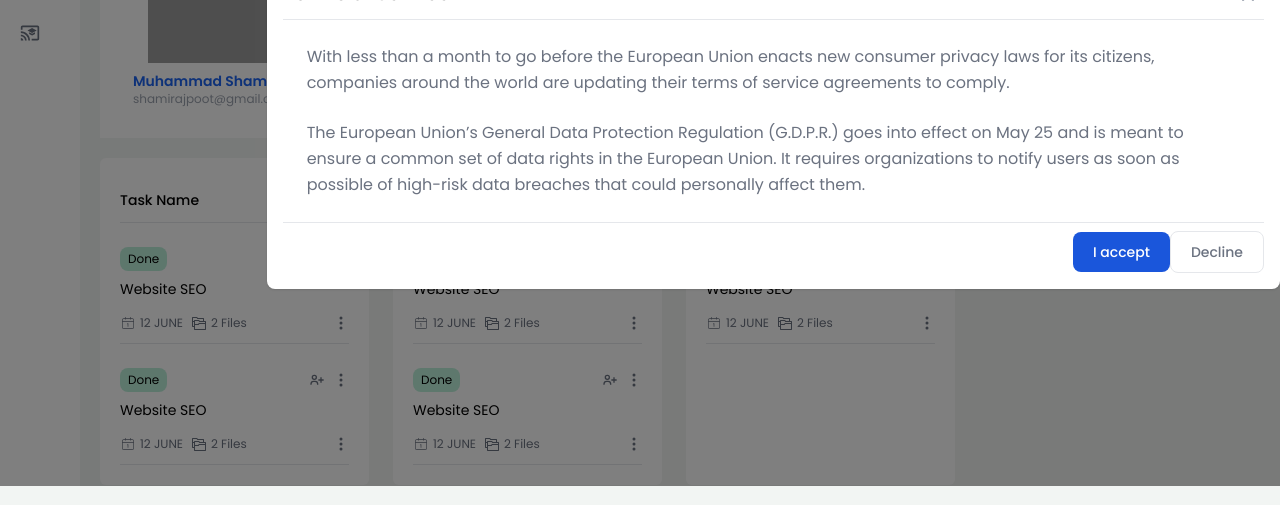
Repository: Shamraiz761/Frontend-Assessment
Page: /, after clicking the first element matching `button.bg-white`
These files come from the project's save history. The page is drawn as it stood at one moment and after the next save; the edit follows.
The browser window is 1280 px wide. The pictures show the part of the page from y = 234 to 739 px (the page is 739 px tall).
Pictures or frames that could not be fetched are drawn as grey boxes. The project was rebuilt for these pictures with package versions that can differ from the ones it lists, and the page was loaded fresh each time. Also part of the build but not shown: vite.config.js. Imported but missing from the stored project, and not drawn on this page: src/pages/auth/login.

Above is the page before, as saved 2023-06-09 12:53:28.

### src/main.jsx
import ReactDOM from 'react-dom/client'

import React from 'react'

import App from './App.jsx'
import './index.css'

ReactDOM.createRoot(document.getElementById('root')).render(
  <React.StrictMode>
    <App />
  </React.StrictMode>,
)

### src/App.jsx
import React from 'react'
import { DndProvider } from 'react-dnd'
import { HTML5Backend } from 'react-dnd-html5-backend'
import 'flowbite'

import AppRoutes from './routes'

export default function App() {
  return (
    <DndProvider backend={HTML5Backend}>
      <AppRoutes />
    </DndProvider>
  )
}

### src/index.css
@import url("https://fonts.googleapis.com/css2?family=Poppins:wght@400;500;600;700;800;900&display=swap");

@tailwind base;
@tailwind components;
@tailwind utilities;

* {
  margin: 0;
  padding: 0;
}

body {
  margin: 0;
  font-family: "Poppins", -apple-system, BlinkMacSystemFont, "Segoe UI",
    "Roboto", "Oxygen", "Ubuntu", "Cantarell", "Fira Sans", "Droid Sans",
    "Helvetica Neue", sans-serif;
  -webkit-font-smoothing: antialiased;
  -moz-osx-font-smoothing: grayscale;
  width: 100vw;
  overflow-x: hidden;
  background-color: #f2f5f3;
  /* background: linear-gradient(180deg, #faefe8 0%, #edc7ac 100%); */
}

code {
  font-family: source-code-pro, Menlo, Monaco, Consolas, "Courier New",
    monospace;
}

.pointer-cursor {
  cursor: pointer;
}

.cusBorder {
  border: 1px solid #000;
  border-radius: 5px;
}

img {
  cursor: pointer;
}
.errors {
  color: #dc3545;
  padding: 0;
  margin: 0;
  font-size: 12px;
}
.loader {
  position: fixed;
  top: 0;
  bottom: 0;
  left: 0;
  right: 0;
  background-color: rgba(47, 151, 161, 0.32);

  display: flex;
  justify-content: center;
  align-items: center;
}

.link {
  color: #000;
  cursor: pointer;
  text-decoration: none;
}
.link:hover {
  color: #000;
}

.trans-btn {
  background-color: transparent;
  border: none;
}
.profile-logout-btn {
  border: 0;
}
.profile-logout-btn:hover {
  border: 0;
}
.profile-btn {
  border-radius: 0;
  border: 0;
}
.logout-btn {
  border-radius: 0;
  border: 0;
}
.logout-btn:hover {
  background-color: rgba(220, 53, 69, 0.5);
  border: 0;
  color: #fff;
}
.breadcrumbs ul {
  list-style: none;
  display: inline-block;
}

.breadcrumbs ul li {
  display: inline;
}

.breadcrumbs ul li .bc-link {
  /* display: block; */
  width: max-content;
  background-color: #f8f9fa;
  padding: 6px 15px 6px 25px;
  text-align: center;
  position: relative;
  margin: 0 10px 0 0;
  font-size: 15px;
  text-decoration: none;
  color: #000;
}
.breadcrumbs ul li .bc-link::after {
  content: "";
  border-top: 17px solid transparent;
  border-bottom: 17px solid transparent;
  border-left: 17px solid #f8f9fa;
  position: absolute;
  top: 0;
  right: -17px;
  z-index: 1;
}
.breadcrumbs ul li .bc-link::before {
  content: "";
  border-top: 17px solid transparent;
  border-bottom: 17px solid transparent;
  border-left: 17px solid #71cdd5;
  position: absolute;
  top: 0;
  left: 0;
}
.breadcrumbs ul li:first-child .bc-link {
  border-top-left-radius: 5px;
  border-bottom-left-radius: 5px;
}
.breadcrumbs ul li:first-child .bc-link::before {
  display: none;
}

.breadcrumbs ul li:last-child .bc-link {
  padding-right: 20px;
  border-top-right-radius: 5px;
  border-bottom-right-radius: 5px;
}
.breadcrumbs ul li:last-child .bc-link::after {
  display: none;
}

@media screen and (max-width: 500px) {
  .breadcrumbs ul li .bc-link {
    /* display: block; */
    padding: 2px 2px 2px 13px;
    /* margin: 0 10px 0 0; */
    font-size: 14px;
  }

  .breadcrumbs ul li .bc-link::after {
    content: "";
    border-top: 11.6px solid transparent;
    border-bottom: 11.6px solid transparent;
    border-left: 11.6px solid #f8f9fa;
    position: absolute;
    top: 0;
    right: -11.6px;
    z-index: 1;
  }
  .breadcrumbs ul li .bc-link::before {
    content: "";
    border-top: 11.6px solid transparent;
    border-bottom: 11.6px solid transparent;
    border-left: 11.6px solid #71cdd5;
    position: absolute;
    top: 0;
    left: 0;
  }
  .breadcrumbs ul li:last-child .bc-link {
    padding-right: 5px;
  }
}

@media screen and (max-width: 350px) {
  .breadcrumbs ul li .bc-link {
    /* display: block; */
    padding: 2px 2px 2px 12px;
    /* margin: 0 10px 0 0; */
    font-size: 10px;
  }

  .breadcrumbs ul li .bc-link::after {
    content: "";
    border-top: 9px solid transparent;
    border-bottom: 9px solid transparent;
    border-left: 9px solid #f8f9fa;
    position: absolute;
    top: 0;
    right: -9px;
    z-index: 1;
  }
  .breadcrumbs ul li .bc-link::before {
    content: "";
    border-top: 9px solid transparent;
    border-bottom: 9px solid transparent;
    border-left: 9px solid #edc7ac;
    position: absolute;
    top: 0;
    left: 0;
  }
  .breadcrumbs ul li:last-child .bc-link {
    padding-right: 5px;
  }
}

/* ********************************************** */

### src/routes/index.jsx
import {
  createBrowserRouter,
  createRoutesFromElements,
  RouterProvider,
  Route,
} from "react-router-dom";

import * as React from "react";

import Layout from "./layout";
import Root from "./root";

import Home from "../pages/dashboard";
import Login from "../pages/auth/login";
import Header from "../components/header/index";

export default function AppRoutes() {
  const router = createBrowserRouter(
    createRoutesFromElements(
      <Route path="/" element={<Root />}>
        <Route path="/login" element={<Login />} />

        <Route element={<Layout />}>
          <Route path="/" element={<Home />} />
        </Route>
      </Route>
    )
  );

  return <RouterProvider router={router} />;
}

### src/routes/layout.jsx
import { Link, Outlet, useNavigate } from "react-router-dom";
import { Gi3DGlasses } from "react-icons/gi";
import { CgProfile } from "react-icons/cg";
import { BsArrowLeft, BsFillChatSquareTextFill } from "react-icons/bs";
import { MdOutlineDashboard, MdOutlineCastForEducation } from "react-icons/md";

import React, { useState } from "react";
import Header from "../components/header/index";

export default function Layout() {
  const [open, setOpen] = useState(false);
  const [type, setType] = useState(false);
  const navigate = useNavigate();
  return (
    <div>
      {/* {loading && <LoadingSpinner asOverlay />} */}
      <div
        className={` h-screen bg-white  p-3 ${
          open ? "w-56" : "w-20"
        } fixed top-0 sidebar z-50`}
      >
        {/* Logo */}

        <div className="flex flex-row justify-center">
          <svg
            width="67"
            height="67"
            viewBox="0 0 67 67"
            fill="none"
            xmlns="http://www.w3.org/2000/svg"
            className={` text-4xl block float-left cursor-pointer rounded duration-500 ${
              !open && "rotate-[360deg]"
            }`}
            onClick={() => {
              setOpen(!open);
              setType(false);
            }}
          >
            <path
              d="M22.138 15.2984L30.8759 24.0363C32.3276 25.488 34.7005 25.488 36.1522 24.0363L44.8901 15.2984C47.2351 12.9534 45.588 8.90552 42.238 8.90552H24.7622C21.4401 8.90552 19.7651 12.9534 22.138 15.2984Z"
              fill="#208FF5"
            />
            <path
              d="M22.138 51.7017L30.8759 42.9637C32.3276 41.5121 34.7005 41.5121 36.1522 42.9637L44.8901 51.7017C47.2351 54.0467 45.588 58.0946 42.238 58.0946H24.7622C21.4401 58.0946 19.7651 54.0467 22.138 51.7017Z"
              fill="#208FF5"
            />
            <path
              d="M6.03002 31.9088L12.423 21.8588C13.428 20.2676 15.6614 20.0163 17.0014 21.3563L27.0514 31.4063C28.1959 32.5509 28.1959 34.4213 27.0514 35.5659L17.0014 45.6159C15.6614 46.9559 13.456 46.7047 12.423 45.1134L6.03002 35.0634C5.44377 34.1142 5.44377 32.8859 6.03002 31.9088Z"
              fill="#208FF5"
            />
            <path
              d="M60.9701 31.9088L54.5771 21.8588C53.5721 20.2676 51.3387 20.0163 49.9987 21.3563L39.9488 31.4063C38.8042 32.5509 38.8042 34.4213 39.9488 35.5659L49.9987 45.6159C51.3387 46.9559 53.5442 46.7047 54.5771 45.1134L60.9701 35.0634C61.5563 34.1142 61.5563 32.8859 60.9701 31.9088Z"
              fill="#208FF5"
            />
          </svg>
        </div>

        {/* Search */}

        <ul className="pt-2">
          {/* Dashboard */}
          <Link
            to="/"
            className={` rounded-md text-gray-500  text-xs flex items-center gap-x-4 cursor-pointer hover:bg-gray-50 hover:text-blue-500 py-4 p-2`}
          >
            <span className="text-xl block float-left">
              <MdOutlineDashboard />
            </span>
            <span
              className={` text-sm font-md flex-1
          ${!open && "hidden"}`}
            >
              Marketplace
            </span>
          </Link>

          <Link
            className={` rounded-md text-gray-500  text-xs flex items-center gap-x-4 cursor-pointer hover:bg-gray-50 hover:text-blue-500 py-4 p-2`}
            to="/profile"
          >
            <span className="text-xl block float-left">
              <CgProfile />
            </span>
            <span
              className={` text-xs font-md flex-1
          ${!open && "hidden"}`}
            >
              Profile
            </span>
          </Link>

          {/* Lens */}
          <Link
            className={` rounded-md text-gray-500  text-xs flex items-center gap-x-4 cursor-pointer hover:bg-gray-50 hover:text-blue-500 py-4 p-2`}
            to="/chat"
          >
            <span className="text-lg block float-left">
              <BsFillChatSquareTextFill />
            </span>
            <span
              className={` text-xs font-md flex-1
          ${!open && "hidden"}`}
            >
              Chat
            </span>
          </Link>

          {/* Orders */}
          <Link
            className={` rounded-md text-gray-500  text-xs flex items-center gap-x-4 cursor-pointer hover:bg-gray-50 hover:text-blue-500 py-4 p-2`}
            to="/education"
          >
            <span className="text-xl block float-left">
              <MdOutlineCastForEducation />
            </span>
            <span
              className={` text-xs font-md flex-1
          ${!open && "hidden"}`}
            >
              Education
            </span>
          </Link>
        </ul>
      </div>
      <div className={` ${open ? "ml-56" : "ml-20"}`}>
        <Header />
        <Outlet />
      </div>
    </div>
  );
}

### src/routes/root.jsx
import { Outlet } from 'react-router-dom'

import React from 'react'

export default function Root() {
    return (
        <Outlet />
    )
}

### src/pages/Dashboard/index.jsx
import { AiOutlinePlusCircle } from "react-icons/ai";
import { BsThreeDotsVertical } from "react-icons/bs";

import React, { useState } from "react";

import "./index.css";
import Profile from "../../components/dashboard/profile";
import Card from "../../components/dashboard/card";

function Home() {
  const [isModalOpen, setIsModalOpen] = useState(false);

  const toggleModal = () => {
    setIsModalOpen(!isModalOpen);
  };

  return (
    <div className="mr-3">
      <Profile />
      <div className="m-5 grid grid-cols-1 sm:grid-cols-2 md:grid-cols-3 lg:grid-cols-4 gap-6 ">
        <div className="bg-white p-5 rounded-md">
          <div className="flex flex-row justify-between py-3 border-b">
            <div className="text-sm font-medium">Task Name</div>
            <div className="flex flex-row text-gray-500">
              <AiOutlinePlusCircle className="mr-2" />
              <BsThreeDotsVertical />
            </div>
          </div>
          <Card />
          <Card />
        </div>
        <div className="bg-white p-5 rounded-md">
          <div className="flex flex-row justify-between py-3 border-b">
            <div className="text-sm font-medium">Task Name</div>
            <div className="flex flex-row text-gray-500">
              <AiOutlinePlusCircle className="mr-2" />
              <BsThreeDotsVertical />
            </div>
          </div>
          <Card />
          <Card />
        </div>
        <div className="bg-white p-5 rounded-md">
          <div className="flex flex-row justify-between py-3 border-b">
            <div className="text-sm font-medium">Task Name</div>
            <div className="flex flex-row text-gray-500">
              <AiOutlinePlusCircle className="mr-2" />
              <BsThreeDotsVertical />
            </div>
          </div>
          <Card />
        </div>

        <div>
          <button
            onClick={toggleModal}
            className="bg-white flex flex-row justify-center text-blue-500 rounded-lg border border-dashed border-blue-500 px-2 py-2 text-sm w-full"
            type="button"
          >
            <AiOutlinePlusCircle className="mr-2 mt-1" />
            <h1>Add List</h1>
          </button>
          {isModalOpen && (
            <div className="fixed w-full top-0 left-0 right-0 bottom-0 z-50   bg-opacity-50 bg-black">
              <div className="w-10/12 flex min-h-screen  items-center justify-center ml-60">
                <div className="absolute bg-white rounded-lg shadow p-4">
                  {/* Modal header */}
                  <div className="flex items-start justify-between border-b pb-2">
                    <h3 className="text-xl font-semibold">Terms of Service</h3>
                    <button
                      onClick={toggleModal}
                      className="text-gray-400 bg-transparent hover:bg-gray-200 hover:text-gray-900 rounded-lg p-1.5 ml-auto inline-flex items-center"
                    >
                      <svg
                        aria-hidden="true"
                        className="w-5 h-5"
                        fill="currentColor"
                        viewBox="0 0 20 20"
                        xmlns="http://www.w3.org/2000/svg"
                      >
                        <path
                          fillRule="evenodd"
                          d="M4.293 4.293a1 1 0 011.414 0L10 8.586l4.293-4.293a1 1 0 111.414 1.414L11.414 10l4.293 4.293a1 1 0 01-1.414 1.414L10 11.414l-4.293 4.293a1 1 0 01-1.414-1.414L8.586 10 4.293 5.707a1 1 0 010-1.414z"
                          clipRule="evenodd"
                        />
                      </svg>
                      <span className="sr-only">Close modal</span>
                    </button>
                  </div>
                  {/* Modal body */}
                  <div className="p-6 space-y-6">
                    <p className="text-base leading-relaxed text-gray-500">
                      With less than a month to go before the European Union
                      enacts new consumer privacy laws for its citizens,
                      companies around the world are updating their terms of
                      service agreements to comply.
                    </p>
                    <p className="text-base leading-relaxed text-gray-500">
                      The European Union’s General Data Protection Regulation
                      (G.D.P.R.) goes into effect on May 25 and is meant to
                      ensure a common set of data rights in the European Union.
                      It requires organizations to notify users as soon as
                      possible of high-risk data breaches that could personally
                      affect them.
                    </p>
                  </div>
                  {/* Modal footer */}
                  <div className="flex items-center justify-end border-t pt-2">
                    <button
                      onClick={toggleModal}
                      type="button"
                      className="text-white bg-blue-700 hover:bg-blue-800 focus:ring-4 focus:outline-none focus:ring-blue-300 font-medium rounded-lg text-sm px-5 py-2.5"
                    >
                      I accept
                    </button>
                    <button
                      onClick={toggleModal}
                      type="button"
                      className="text-gray-500 bg-white hover:bg-gray-100 focus:ring-4 focus:outline-none focus:ring-blue-300 rounded-lg border border-gray-200 text-sm font-medium px-5 py-2.5 hover:text-gray-900"
                    >
                      Decline
                    </button>
                  </div>
                </div>
              </div>
            </div>
          )}
        </div>
      </div>
    </div>
  );
}
export default Home;

### src/components/header/index.jsx
import { IoIosNotifications } from "react-icons/io";

import React from "react";
import { CgProfile } from "react-icons/cg";

function Header() {
  return (
    <div>
      {/* component */}
      <nav className=" bg-white w-full flex relative justify-between items-center mx-auto px-8 py-4 h-16">
        {/* search bar */}
        <div className="hidden sm:block flex-shrink flex-grow-0 justify-start px-2">
          <div className="inline-block">
            <div className="inline-flex items-center max-w-full">
              <input
                className="flex items-center text-gray-400 bg-slate-50 justify-between  flex-grow-0  relative w-72 border rounded-lg  py-1"
                type="search"
                placeholder="Search"
              />

              <div className="flex items-center justify-center relative  h-8 w-24 rounded-full"></div>
            </div>
          </div>
        </div>

        <div className="flex-initial">
          <div className="flex justify-end items-center relative">
            <div className="block">
              <div className="inline relative sm:flex sm:flex-row sm:justify-center">
                <button
                  type="button"
                  className="inline-flex items-center relative px-2  rounded-full hover:shadow-lg"
                >
                  <IoIosNotifications className="text-gray-400 text-xl" />
                </button>
                <button
                  type="button"
                  className="inline-flex items-center relative px-2  rounded-full hover:shadow-lg"
                >
                  <CgProfile className="text-gray-400 text-xl" />
                </button>
              </div>
            </div>
          </div>
        </div>
        {/* end login */}
      </nav>
    </div>
  );
}

export default Header;

### src/pages/Dashboard/index.css
.dashboard-cover-iamge{
    background: url("../../assets/images/dashboard-back.png");
    background-position: center;
    background-repeat: no-repeat;
    background-size: cover;

}

### src/components/dashboard/profile.jsx
import profile from "../../assets/images/Ellipse 1631.png";

import React from "react";

function Profile() {
  return (
    <div className="m-5  w-[11/12] md:h-72 h-[360px]  bg-white">
      <div className="dashboard-cover-iamge h-[150px]  w-[100%]"></div>
      <div className="grid lg:grid-cols-2 grid-cols-1 md:grid-cols-2 flex-row justify-between flex-wrap">
        <div className="ml-12">
          <img src={profile} className="h-32 w-32 mt-[-65px]  " />
          <h1 className="text-blue-600 font-semibold text-sm ml-[-15px] mt-2">
            Muhammad Shamraiz
          </h1>
          <p className="text-gray-400 text-xs font-thin ml-[-15px]">
            shamirajpoot@gmail.com
          </p>
        </div>
        <div className="grid my-3 grid-cols-2 lg:grid-cols-4 md:justify-end justify-between mx-8 items-center ">
          <button className="btn border  rounded-full w-24 lg:w-28 m-1  px-4 py-2 bg-blue-600 text-sm  text-white">
            Task
          </button>
          <button className="btn border  rounded-full w-24 lg:w-28 m-1 px-4 py-2 bg-gray-300 text-sm  text-gray-800">
            Order
          </button>
          <button className="btn border  rounded-full w-24 lg:w-28  m-1 px-4 py-2 bg-gray-300 text-sm  text-gray-800">
            Submit
          </button>
          <button className="btn border  rounded-full w-24 lg:w-28 m-1 px-4 py-2 bg-gray-300 text-sm  text-gray-800">
            Payment
          </button>
        </div>
      </div>
    </div>
  );
}

export default Profile;

### src/components/dashboard/card.jsx
import { BiUserPlus } from "react-icons/bi";
import { CiCalendarDate } from "react-icons/ci";
import { VscFileSubmodule } from "react-icons/vsc";
import { BsThreeDotsVertical } from "react-icons/bs";

import React from "react";

function Card() {
  return (
    <div className="border-b py-3">
      <div className="flex flex-row justify-between mt-3 ">
        <span className="bg-green-200 px-2 py-1 rounded-lg text-xs font-thin">
          Done
        </span>
        <div className="flex flex-row text-gray-500 mt-1">
          <BiUserPlus className="mr-2 " />
          <BsThreeDotsVertical />
        </div>
      </div>
      <h1 className="text-sm my-2">Website SEO</h1>

      <div className="flex flex-row justify-between mt-3">
        <div className="flex flex-row">
          <div className="flex flex-row text-gray-500 mt-1">
            <CiCalendarDate className="mr-1" />
            <p className="text-xs font-thin text-gray-500 mr-2">12 JUNE</p>
          </div>
          <div className="flex flex-row text-gray-500 mt-1">
            <VscFileSubmodule className="mr-1" />
            <p className="text-xs font-thin text-gray-500 mr-2">2 Files</p>
          </div>
        </div>
        <div className="flex flex-row text-gray-500 mt-1">
          <BsThreeDotsVertical />
        </div>
      </div>
    </div>
  );
}

export default Card;

### tailwind.config.cjs
const colors = require('tailwindcss/colors');
const defaultTheme = require('tailwindcss/defaultTheme');

module.exports = {
  content: ['./src/**/*.{js,jsx,ts,tsx}', "node_modules/flowbite/**/*.js"],
  theme: {
    extend: {
      colors: {
        // set primary color from figma
        // primary: {
        // },
      },
      fontFamily: {
        poppins: ['Poppins', ...defaultTheme.fontFamily.sans],
      },
      fontSize: {
        xxs: '0.5rem',
      },
    },
  },
  plugins: [
    require('flowbite/plugin')
  ],

};

Loaded but not shown: index.html (common file)

After the next save:
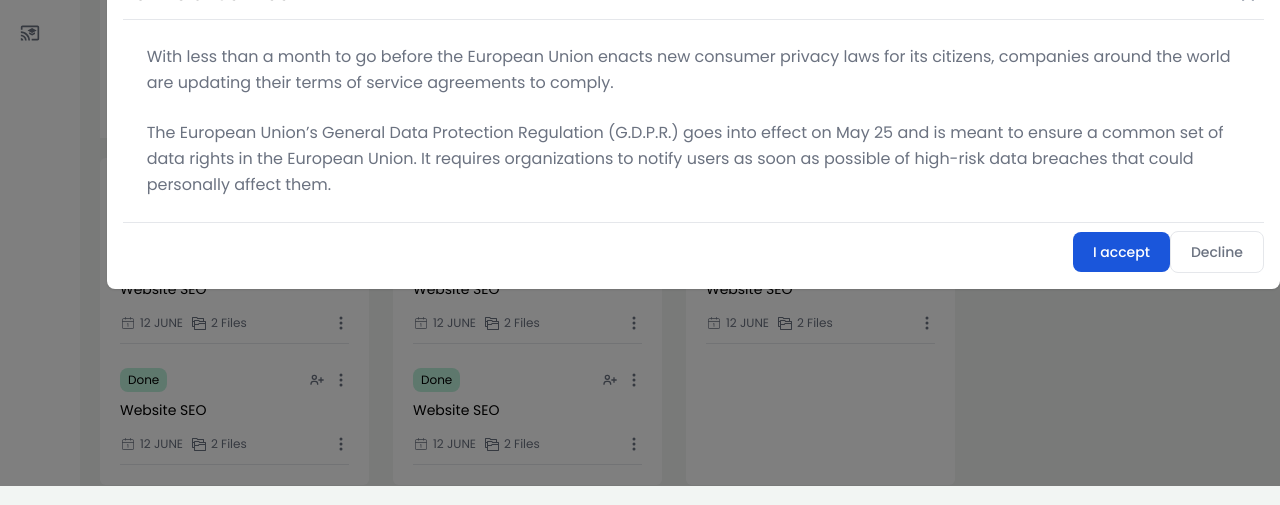
Saved 6 s later.
--- a/src/pages/Dashboard/index.jsx
+++ b/src/pages/Dashboard/index.jsx
@@ -62,7 +62,7 @@ function Home() {
           </button>
           {isModalOpen && (
             <div className="fixed w-full top-0 left-0 right-0 bottom-0 z-50   bg-opacity-50 bg-black">
-              <div className="w-10/12 flex min-h-screen  items-center justify-center ml-60">
+              <div className="w-10/12 flex min-h-screen  items-center justify-center ml-40">
                 <div className="absolute bg-white rounded-lg shadow p-4">
                   {/* Modal header */}
                   <div className="flex items-start justify-between border-b pb-2">
